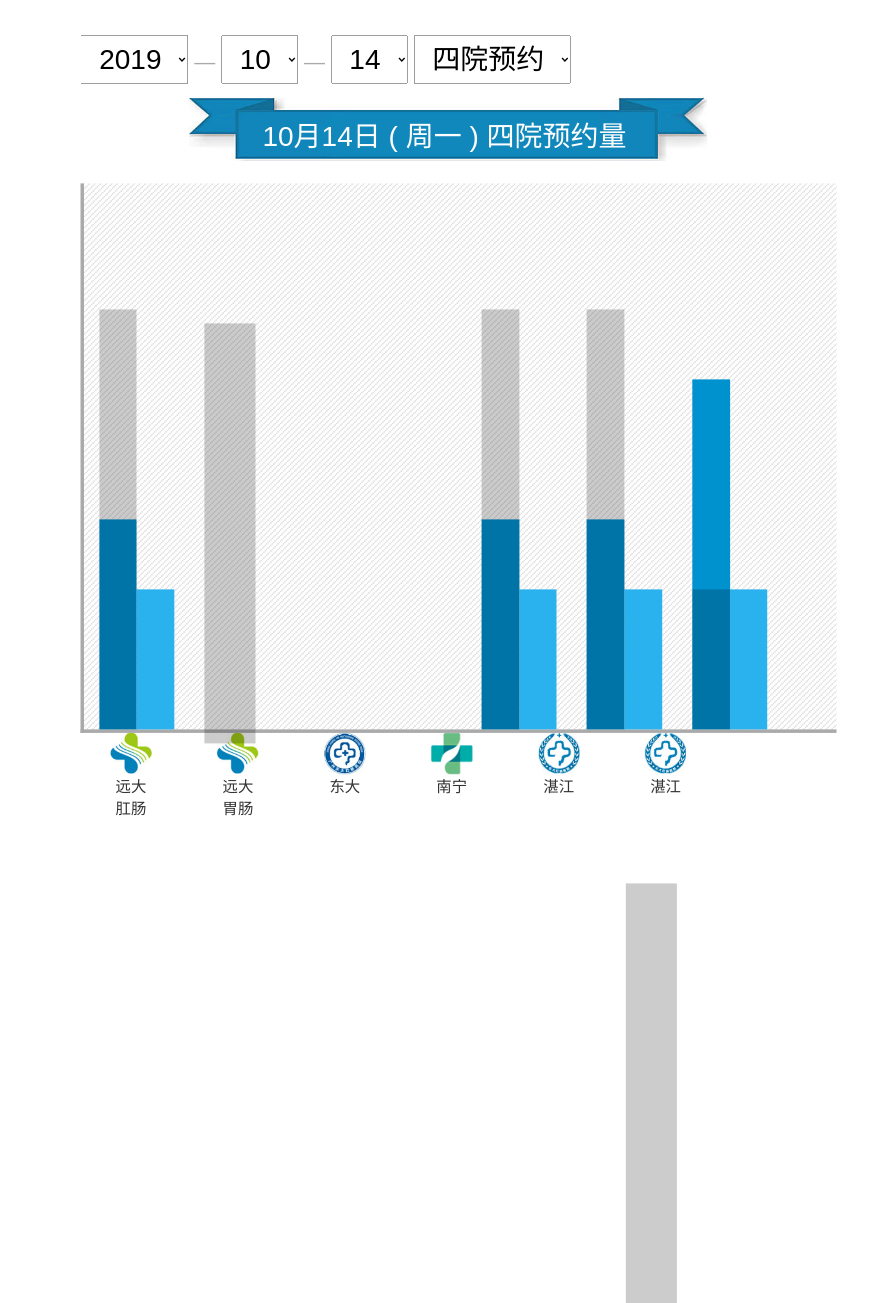
Repository: jerryyan/project
Page: http://localhost/m/index.php
An editor plug-in stored every save of this project. The page is shown before and after the next save, followed by the edit.
The browser window is 1280 px wide. The pictures show the whole page, at 70% of full size.
The page is run by PHP 8.4 with error messages shown; the project is at /var/www/html/. The session is filled in as if someone had signed in: {"name": "admin"}.

Above is the page before, as saved 2019-10-14 15:47:27.

After the next save:
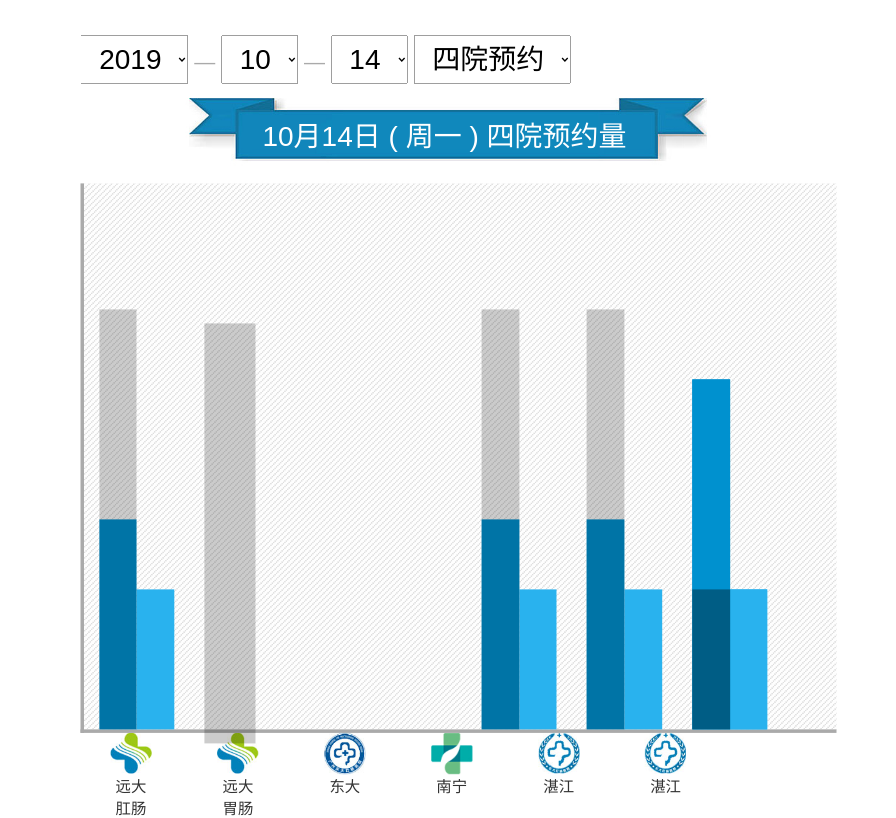
Saved 76 s later.
--- a/m/index.php
+++ b/m/index.php
@@ -73,10 +73,10 @@
                 <div class="zj_2"><span></span></div>
                 <div class="zj_3"><span></span></div>
             </div>
-            <div class="ty">
-                <div class="ty_1"><span></span></div>
-                <div class="ty_2"><span></span></div>
-                <div class="ty_3"><span></span></div>
+            <div class="zj">
+                <div class="zj_1"><span></span></div>
+                <div class="zj_2"><span></span></div>
+                <div class="zj_3"><span></span></div>
             </div>
         </div>
 
